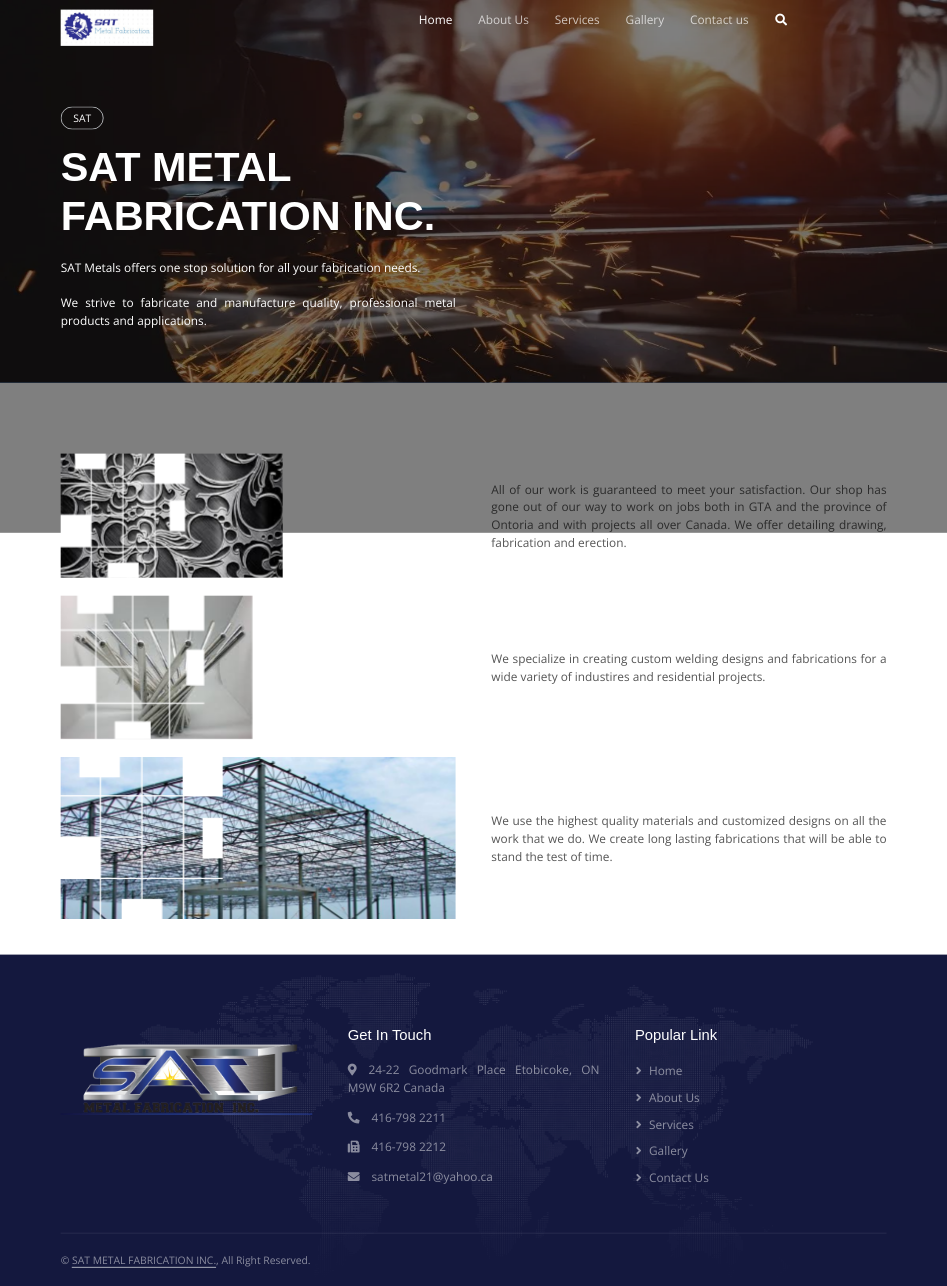
Repository: dzyte-services/satmetal
Page: http://localhost/
These files come from the project's save history. The page is drawn as it stood at one moment and after the next save; the edit follows.
The browser window is 1280 px wide. The pictures show the whole page, at 74% of full size.
Some web fonts or font styles are not loaded; a fallback is used. Some web libraries are served in a nearby version. The page is run by PHP 8.4 with error messages shown; the project is at /var/www/html/.

Above is the page before, as saved 2023-11-07 17:47:14.

### index.php
<!DOCTYPE html>
<html lang="en">

<head>
    <meta charset="utf-8">
    <title>SAT - Home</title>
    <meta content="width=device-width, initial-scale=1.0" name="viewport">
    <meta content="" name="keywords">
    <meta content="" name="description">

    <!-- Favicon -->
    <link href="img/favicon.ico" rel="icon">

    <!-- Google Web Fonts -->
    <link rel="preconnect" href="https://fonts.googleapis.com">
    <link rel="preconnect" href="https://fonts.gstatic.com" crossorigin>
    <link href="https://fonts.googleapis.com/css2?family=Open+Sans:wght@400;600&family=Ubuntu:wght@500;700&display=swap"
        rel="stylesheet">

    <!-- Icon Font Stylesheet -->
    <link href="https://cdnjs.cloudflare.com/ajax/libs/font-awesome/5.10.0/css/all.min.css" rel="stylesheet">
    <link href="https://cdn.jsdelivr.net/npm/bootstrap-icons@1.4.1/font/bootstrap-icons.css" rel="stylesheet">

    <!-- Libraries Stylesheet -->
    <link href="lib/animate/animate.min.css" rel="stylesheet">
    <link href="lib/owlcarousel/assets/owl.carousel.min.css" rel="stylesheet">

    <!-- Customized Bootstrap Stylesheet -->
    <link href="css/bootstrap.min.css" rel="stylesheet">

    <!-- Template Stylesheet -->
    <link href="css/style.css" rel="stylesheet">
</head>

<body>

    <?php
        include "header.php";
    ?>

    <!-- Full Screen Search Start -->
    <div class="modal fade" id="searchModal" tabindex="-1">
        <div class="modal-dialog modal-fullscreen">
            <div class="modal-content" style="background: rgba(20, 24, 62, 0.7);">
                <div class="modal-header border-0">
                    <button type="button" class="btn btn-square bg-white btn-close" data-bs-dismiss="modal"
                        aria-label="Close"></button>
                </div>
                <div class="modal-body d-flex align-items-center justify-content-center">
                    <div class="input-group" style="max-width: 600px;">
                        <input type="text" class="form-control bg-transparent border-light p-3"
                            placeholder="Type search keyword">
                        <button class="btn btn-light px-4"><i class="bi bi-search"></i></button>
                    </div>
                </div>
            </div>
        </div>
    </div>
    <!-- Full Screen Search End -->


    <!-- About Start -->
    <div class="container-fluid py-5">
        <div class="container">
            <div class="row g-5 align-items-center">
                <div class="col-lg-6 wow " data-wow-delay="0.1s">
                    <div class="about-img">
                        <img class="img-fluid" src="img/hom-img1.jpg">
                    </div>
                </div>
                <div class="col-lg-6 wow fadeIn" data-wow-delay="0.5s">
                    <!-- <div class="btn btn-sm border rounded-pill text-primary px-3 mb-3">About Us</div> -->
                    <h1 class="mb-4"></h1>
                    <p class="mb-4">All of our work is guaranteed to meet your satisfaction. Our shop has gone out of our way to work on jobs both in GTA and the province of Ontoria and with projects all over Canada. We offer detailing drawing, fabrication and erection.</p>
                </div>
            </div><br>
            <div class="row g-5 align-items-center">
                <div class="col-lg-6 wow fadeIn" data-wow-delay="0.1s">
                    <div class="about-img">
                        <img class="img-fluid" src="img/hom-img2.jpg">
                    </div>
                </div>
                <div class="col-lg-6 wow fadeIn" data-wow-delay="0.5s">
                    <!-- <div class="btn btn-sm border rounded-pill text-primary px-3 mb-3">About Us</div> -->
                    <h1 class="mb-4"></h1>
                    <p class="mb-4">We specialize in creating custom welding designs and fabrications for a wide variety of industires and residential projects.</p>
                </div>
            </div><br>
            <div class="row g-5 align-items-center">
                <div class="col-lg-6 wow fadeIn" data-wow-delay="0.1s">
                    <div class="about-img">
                        <img class="img-fluid" src="img/hom-img3.jpg">
                    </div>
                </div>
                <div class="col-lg-6 wow fadeIn" data-wow-delay="0.5s">
                    <!-- <div class="btn btn-sm border rounded-pill text-primary px-3 mb-3">About Us</div> -->
                    <h1 class="mb-4"></h1>
                    <p class="mb-4">We use the highest quality materials and customized designs on all the work that we do. We create long lasting fabrications that will be able to stand the test of time.</p>
                </div>
            </div>
        </div>
    </div>
    <!-- About End -->
    <!-- <div class="container-fluid py-5">
        <div class="container">
            <div class="row">
                <div class="col-lg-6 order-lg-1">
                    <img src="img/hom-img1.jpg" class="img-fluid" alt="Image 1">
                </div>
                <div class="col-lg-6 order-lg-2">
                    <p>All of our work is guaranteed to meet your satisfaction. Our shop has gone out of our way to work on jobs both in GTA and the province of Ontoria and with projects all over Canada. We offer detailing drawing, fabrication and erection.</p>
                </div>
            </div>
            <div class="row">
                <div class="col-lg-6 order-lg-2">
                    <p>We specialize in creating custom welding designs and fabrications for a wide variety of industires and residential projects.</p>
                </div>
                <div class="col-lg-6 order-lg-1">
                    <img src="img/hom-img2.jpg" class="img-fluid" alt="Image 2">
                </div>
            </div>
            <div class="row">
                <div class="col-lg-6 order-lg-2">
                    <p>We use the highest quality materials and customized designs on all the work that we do. We create long lasting fabrications that will be able to stand the test of time.</p>
                </div>
                <div class="col-lg-6 order-lg-1">
                    <img src="img/hom-img3.jpg" class="img-fluid" alt="Image 2">
                </div>
            </div>

        </div>
    </div> -->

    <?php
        include "footer.php";
    ?>

    <!-- JavaScript Libraries -->
    <script src="https://ajax.googleapis.com/ajax/libs/jquery/3.6.1/jquery.min.js"></script>
    <script src="https://cdn.jsdelivr.net/npm/bootstrap@5.0.0/dist/js/bootstrap.bundle.min.js"></script>
    <script src="lib/wow/wow.min.js"></script>
    <script src="lib/easing/easing.min.js"></script>
    <script src="lib/waypoints/waypoints.min.js"></script>
    <script src="lib/counterup/counterup.min.js"></script>
    <script src="lib/owlcarousel/owl.carousel.min.js"></script>

    <!-- Template Javascript -->
    <script src="js/main.js"></script>
</body>

</html>

### header.php
    <?php
        $currentPage1 = basename($_SERVER['PHP_SELF']);
    ?>
    <!-- Spinner Start -->
    <div id="spinner"
        class="show bg-white position-fixed translate-middle w-100 vh-100 top-50 start-50 d-flex align-items-center justify-content-center">
        <div class="spinner-grow text-primary" style="width: 3rem; height: 3rem;" role="status">
            <span class="sr-only">Loading...</span>
        </div>
    </div>
    <!-- Spinner End -->


    <!-- Navbar Start -->
    <div class="container-fluid sticky-top">
        <div class="container">
            <nav class="navbar navbar-expand-lg navbar-dark p-0">
                <div class="row">
                    <div class="col-lg-4">
                        <a href="index.php" class="navbar-brand">
                            <img class="img-fluid" width="40%" height="40%" src="img/logo1.jpeg" alt="">
                        </a>
                        <button type="button" class="navbar-toggler ms-auto me-0" data-bs-toggle="collapse"
                            data-bs-target="#navbarCollapse">
                            <span class="navbar-toggler-icon"></span>
                        </button>
                    </div>
                    <div class="col-lg-8 ">
                    <div class="collapse navbar-collapse" id="navbarCollapse">
                    <div class="navbar-nav ms-auto">
                        <a href="index.php" class="nav-item nav-link  <?php echo ($currentPage1 === 'index.php') ? 'active' : ''; ?>">Home</a>
                        <a href="about.php" class="nav-item nav-link <?php echo ($currentPage1 === 'about.php') ? 'active' : ''; ?>">About Us</a>
                        <a href="service.php" class="nav-item nav-link <?php echo ($currentPage1 === 'service.php') ? 'active' : ''; ?>">Services</a>
                        <a href="project.php" class="nav-item nav-link <?php echo ($currentPage1 === 'project.php') ? 'active' : ''; ?>">Gallery</a>

                        <a href="contact.php" class="nav-item nav-link <?php echo ($currentPage1 === 'contact.php') ? 'active' : ''; ?>">Contact us</a>
                    </div>
                    <butaton type="button" class="btn text-white p-0 d-none d-lg-block" data-bs-toggle="modal"
                        data-bs-target="#searchModal"><i class="fa fa-search"></i></butaton>
                </div>
                    </div>
                </div>


            </nav>
        </div>
    </div>
    <!-- Navbar End -->

    <div>
          <?php
                $currentPage = $_SERVER['SCRIPT_NAME'];
                $current_page = basename($currentPage);

                if ($current_page === "index.php") {
                    include("header/home.php");
                } elseif ($current_page === "about.php") {
                    include("header/about.php");
                } elseif ($current_page === "service.php") {
                    include("header/service.php");
                } elseif ($current_page === "project.php") {
                    include("header/gallery.php");
                } elseif ($current_page === "contact.php") {
                    include("header/contact.php");
                }



            ?>
    </div>

### header/home.php
<!-- Hero Start -->
<div class="container-fluid pt-5 bg-primary hero-header mb-5">
        <div class="container pt-5">
            <div class="row g-5 pt-5">
                <div class="col-lg-6 align-self-center text-center text-lg-start mb-lg-5">
                    <div class="btn btn-sm border rounded-pill text-white px-3 mb-3 animated slideInRight">SAT</div>
                    <h1 class="display-4 text-white mb-4 animated slideInRight">SAT METAL FABRICATION INC.</h1>
                    <p class="text-white mb-4 animated slideInRight">SAT Metals offers one stop solution for all your fabrication needs.</p>
                    <p class="text-white mb-4 animated slideInRight">We strive to fabricate and manufacture quality, professional metal products and applications.</p>
                    <!-- <a href="" class="btn btn-light py-sm-3 px-sm-5 rounded-pill me-3 animated slideInRight">Read More</a> -->
                    <!-- <a href="" class="btn btn-outline-light py-sm-3 px-sm-5 rounded-pill animated slideInRight">Contact Us</a> -->
                </div>
                <div class="col-lg-6 align-self-end text-center text-lg-end">
                    <!-- <img class="img-fluid" src="img/SAT_Logo.png" alt=""> -->
                </div>
            </div>
        </div>
    </div>
    <!-- Hero End -->

### footer.php
    <!-- Footer Start -->
    <div class="container-fluid bg-dark text-white-50 footer pt-5">
        <div class="container py-5">
            <div class="row g-5">
                <div class="col-md-6 col-lg-4 wow fadeIn" data-wow-delay="0.1s">
                    <a href="index.php" class="d-inline-block mb-3">
                    <img class="img-fluid" width="100%" src="img/SAT_Logo.png" alt="">
                    </a>
                    <!-- <p class="mb-0">Tempor erat elitr rebum at clita. Diam dolor diam ipsum et tempor sit. Aliqu diam
                        amet diam et eos labore. Clita erat ipsum et lorem et sit, sed stet no labore lorem sit. Sanctus
                        clita duo justo et tempor</p> -->
                </div>
                <div class="col-md-6 col-lg-4 wow fadeIn" data-wow-delay="0.3s">
                    <h5 class="text-white mb-4">Get In Touch</h5>
                    <p><i class="fa fa-map-marker-alt me-3"></i>24-22 Goodmark Place Etobicoke, ON M9W 6R2 Canada</p>
                    <p><i class="fa fa-phone-alt me-3"></i>416-798 2211</p>
                    <p><i class="fa fa-fax me-3"></i>416-798 2212</p>
                    <p><i class="fa fa-envelope me-3"></i>satmetal21@yahoo.ca</p>
                    <!-- <div class="d-flex pt-2">
                        <a class="btn btn-outline-light btn-social" href=""><i class="fab fa-twitter"></i></a>
                        <a class="btn btn-outline-light btn-social" href=""><i class="fab fa-facebook-f"></i></a>
                        <a class="btn btn-outline-light btn-social" href=""><i class="fab fa-youtube"></i></a>
                        <a class="btn btn-outline-light btn-social" href=""><i class="fab fa-instagram"></i></a>
                        <a class="btn btn-outline-light btn-social" href=""><i class="fab fa-linkedin-in"></i></a>
                    </div> -->
                </div>
                <div class="col-md-6 col-lg-4 wow fadeIn" data-wow-delay="0.5s">
                    <h5 class="text-white mb-4">Popular Link</h5>
                    <a class="btn btn-link" href="index.php">Home</a>
                    <a class="btn btn-link" href="about.php">About Us</a>
                    <a class="btn btn-link" href="service.php">Services</a>
                    <a class="btn btn-link" href="project.php">Gallery</a>
                    <a class="btn btn-link" href="contact.php">Contact Us</a>
                </div>
                <!-- <div class="col-md-6 col-lg-3 wow fadeIn" data-wow-delay="0.7s">
                    <h5 class="text-white mb-4">Our Services</h5>
                    <a class="btn btn-link" href="">Robotic Automation</a>
                    <a class="btn btn-link" href="">Machine learning</a>
                    <a class="btn btn-link" href="">Predictive Analysis</a>
                    <a class="btn btn-link" href="">Data Science</a>
                    <a class="btn btn-link" href="">Robot Technology</a>
                </div> -->
            </div>
        </div>
        <div class="container wow fadeIn" data-wow-delay="0.1s">
            <div class="copyright">
                <div class="row">
                    <div class="col-md-6 text-center text-md-start mb-3 mb-md-0">
                        &copy; <a class="border-bottom" href="#">SAT METAL FABRICATION INC.</a>, All Right Reserved.

                        <!--/*** This template is free as long as you keep the footer author’s credit link/attribution link/backlink. If you'd like to use the template without the footer author’s credit link/attribution link/backlink, you can purchase the Credit Removal License from "https://htmlcodex.com/credit-removal". Thank you for your support. ***/-->
                        <!-- Designed By <a class="border-bottom" href="https://htmlcodex.com">HTML Codex</a> Distributed By <a class="border-bottom" href="https://themewagon.com">ThemeWagon</a> -->
                    </div>
                    <!-- <div class="col-md-6 text-center text-md-end">
                        <div class="footer-menu">
                            <a href="">Home</a>
                            <a href="">Cookies</a>
                            <a href="">Help</a>
                            <a href="">FAQs</a>
                        </div>
                    </div> -->
                </div>
            </div>
        </div>
    </div>
    <!-- Footer End -->


    <!-- Back to Top -->
    <a href="#" class="btn btn-lg btn-primary btn-lg-square back-to-top pt-2"><i class="bi bi-arrow-up"></i></a>

Loaded but not shown: lib/animate/animate.min.css (library); lib/owlcarousel/assets/owl.carousel.min.css (common file); css/bootstrap.min.css (library); lib/wow/wow.min.js (library); lib/easing/easing.min.js (common file); lib/waypoints/waypoints.min.js (library); lib/counterup/counterup.min.js (common file); lib/owlcarousel/owl.carousel.min.js (library); js/main.js (64 lines, source omitted); css/style.css (551 lines, source omitted)

After the next save:
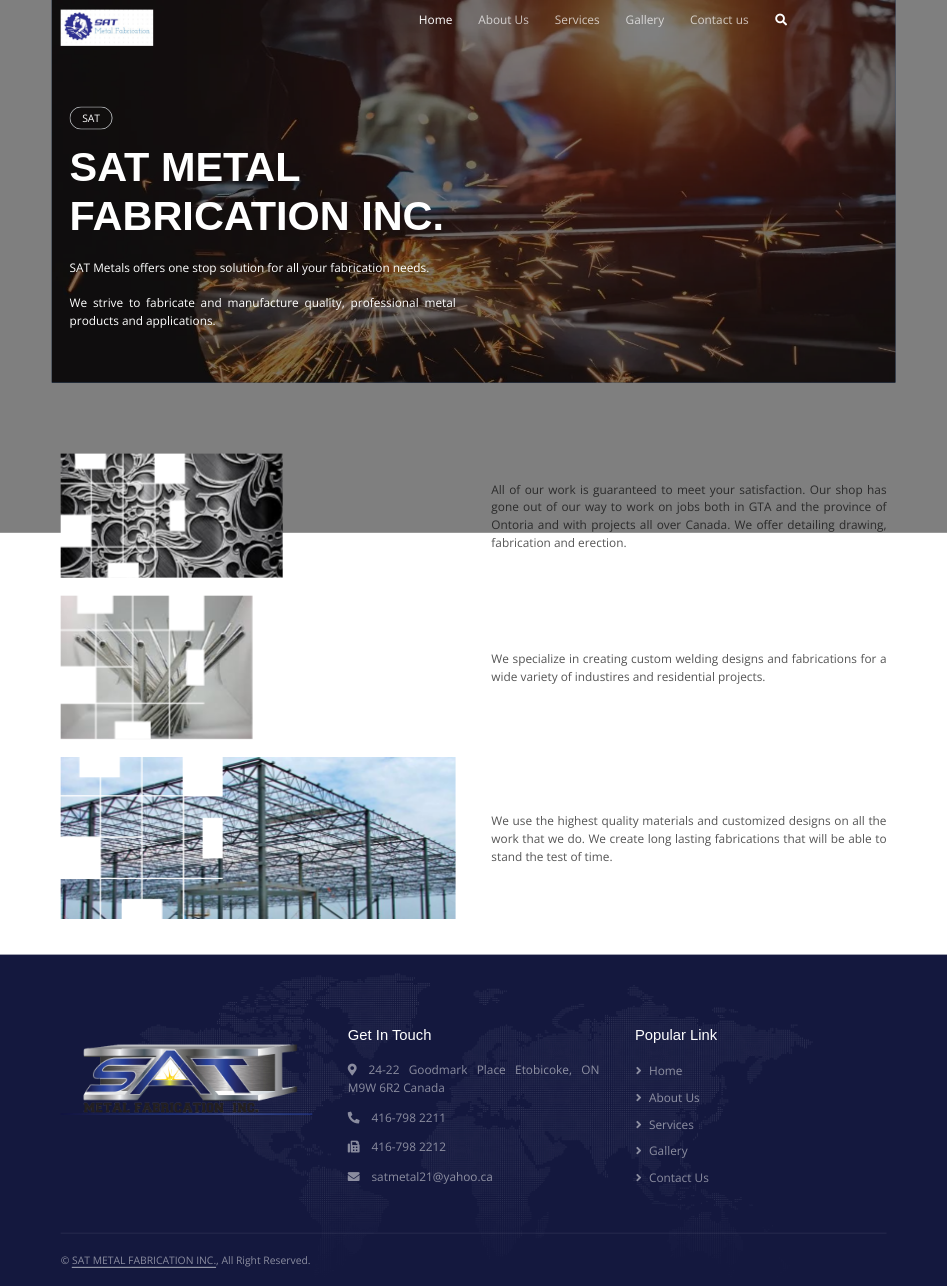
Saved 6 min 53 s later.
--- a/header/home.php
+++ b/header/home.php
@@ -1,5 +1,5 @@
 <!-- Hero Start -->
-<div class="container-fluid pt-5 bg-primary hero-header mb-5">
+<div class="container pt-5 bg-primary hero-header mb-5">
         <div class="container pt-5">
             <div class="row g-5 pt-5">
                 <div class="col-lg-6 align-self-center text-center text-lg-start mb-lg-5">

After the save that followed:
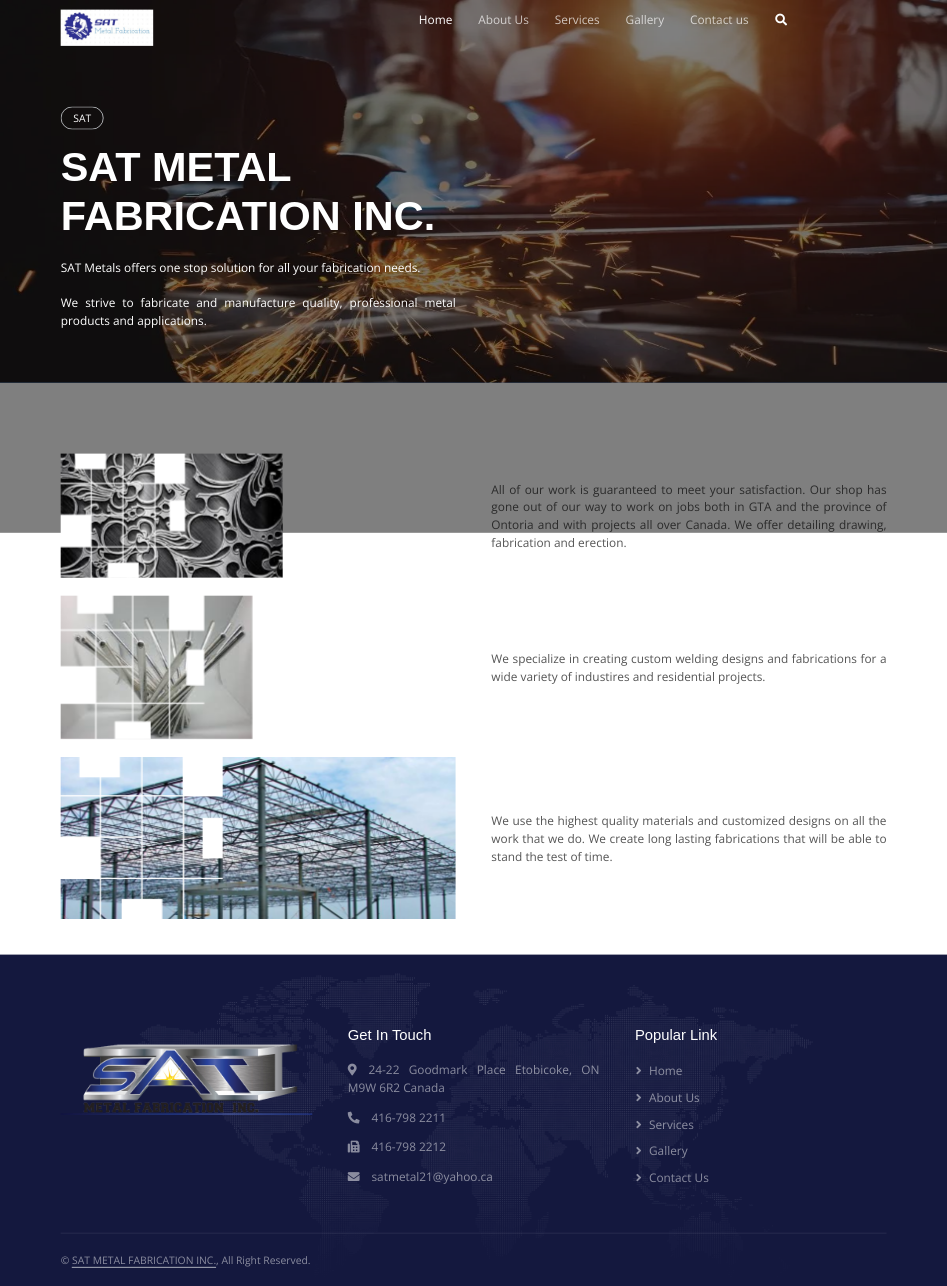
Saved 6 s later.
--- a/header/home.php
+++ b/header/home.php
@@ -1,5 +1,5 @@
 <!-- Hero Start -->
-<div class="container pt-5 bg-primary hero-header mb-5">
+<div class="container-fluid pt-5 bg-primary hero-header mb-5">
         <div class="container pt-5">
             <div class="row g-5 pt-5">
                 <div class="col-lg-6 align-self-center text-center text-lg-start mb-lg-5">
